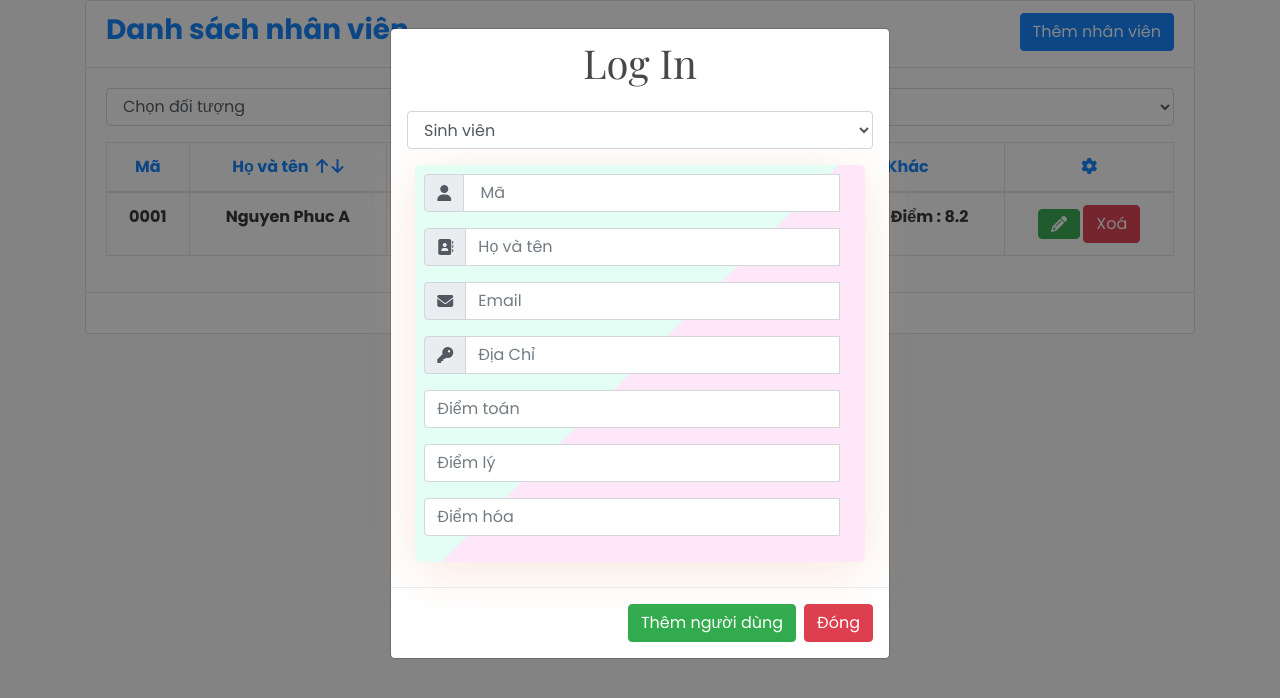
Repository: maitan0705/es6_oop
Page: index.html
An editor plug-in stored every save of this project. The page is shown before and after a run of saves, followed by the edit.
The browser window is 1280 px wide. The pictures show the whole page.
After loading, the first visible `#btnThem` was clicked once.
Some web fonts or font styles are not loaded; a fallback is used.

Above is the page before, as saved 2023-04-13 07:29:21.

After the next 2 saves:
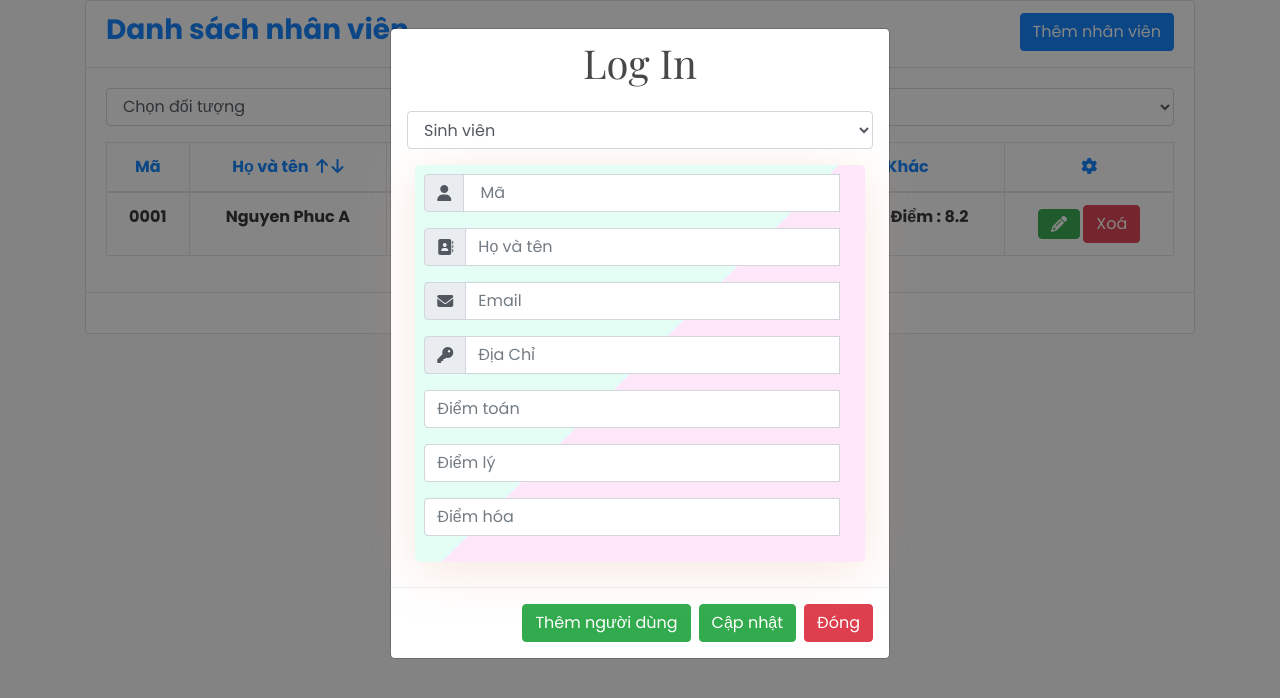
The 2 saves are shown as one change because they came seconds apart.
The last was saved 7 s later.
--- a/controllers/index.js
+++ b/controllers/index.js
@@ -116,7 +116,7 @@
 document.querySelector("#btnThem").onclick = () => {
   document.querySelector('#myForm').reset();
   document.querySelector("#doiTuong").style.disabled = "true";
-  document.querySelector("#btnCapNhat").style.display = "none";
+  document.querySelector("#btnCapNhat").style.display = "true";
   document.querySelector("#btnThemNV").style.display = "inline";
 };
 

After the save that followed:
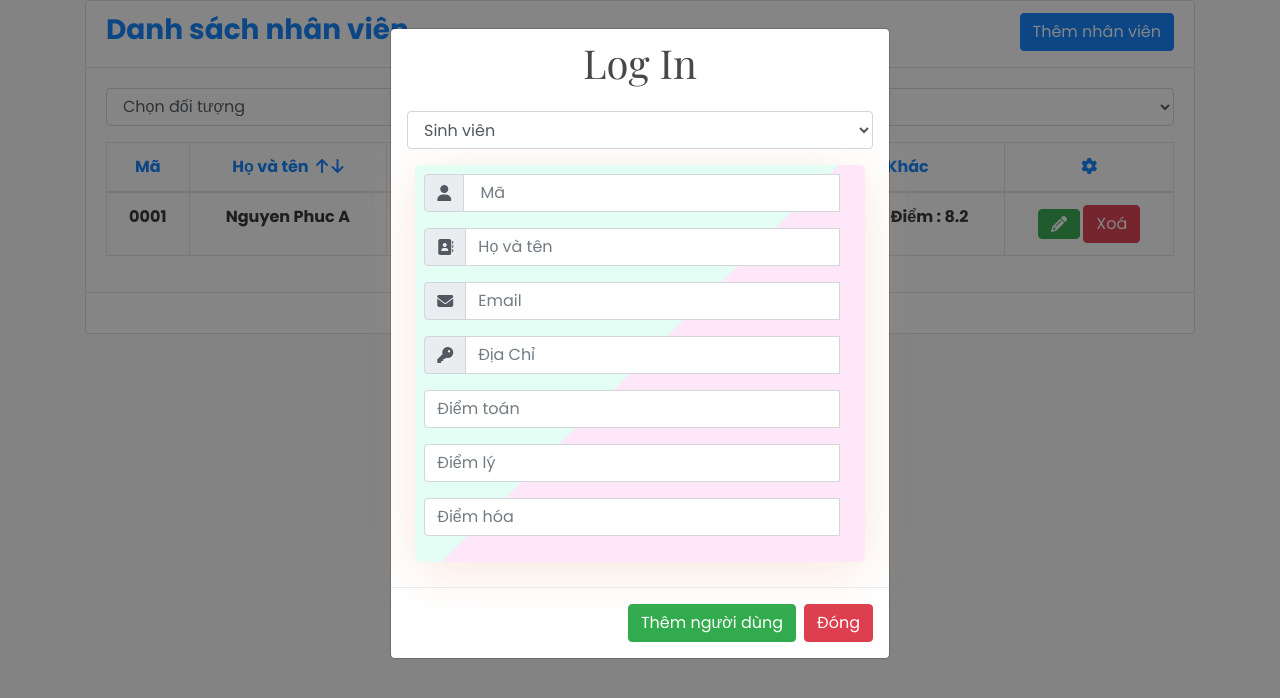
Saved 2 min 8 s later.
--- a/controllers/index.js
+++ b/controllers/index.js
@@ -116,7 +116,7 @@
 document.querySelector("#btnThem").onclick = () => {
   document.querySelector('#myForm').reset();
   document.querySelector("#doiTuong").style.disabled = "true";
-  document.querySelector("#btnCapNhat").style.display = "true";
+  document.querySelector("#btnCapNhat").style.display = "none";
   document.querySelector("#btnThemNV").style.display = "inline";
 };
 
